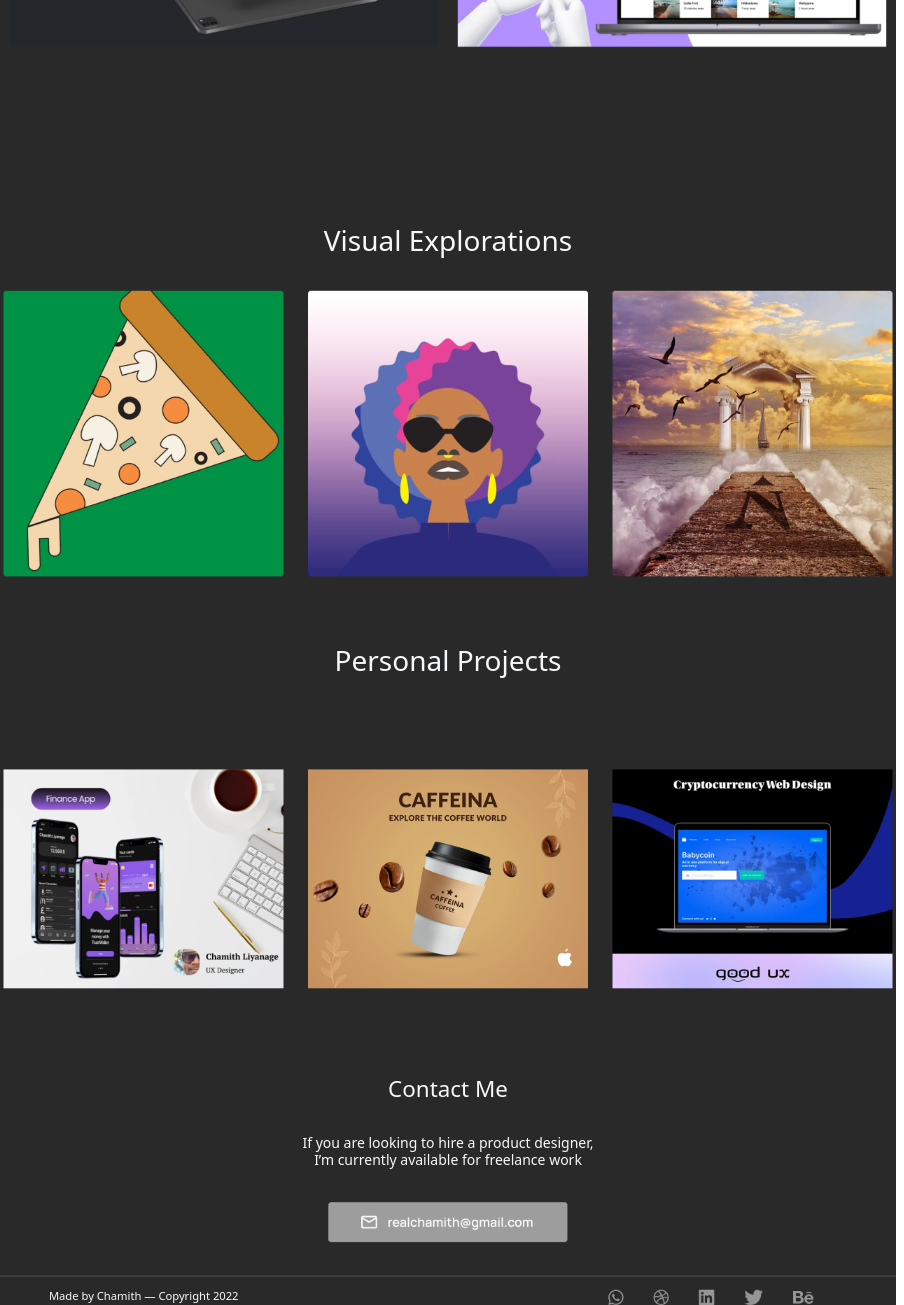
Repository: Realchamithweb/chamith-html
Page: index.html
The author's editor kept a copy of each file at every save. The page is drawn from the files as they stood at one save, then again after a run of saves.
The browser window is 1280 px wide. The page is 1292 px wide, so the pictures cover 1292 px, including what lies to the right of the window. The pictures show the part of the page from y = 2249 to 4129 px (the page is 4113 px tall before and 4129 px after), at 70% of full size.

Above is the page before, as saved 2023-01-04 12:02:26.

### index.html
<!doctype html>
<html lang="en">
  <head>
    <!-- Required meta tags -->
    <meta charset="utf-8">
    <meta name="viewport" content="width=device-width, initial-scale=1">
    <link rel="stylesheet" href="/css/style.css">
    <!-- Bootstrap CSS -->
    <link href="https://cdn.jsdelivr.net/npm/bootstrap@5.0.2/dist/css/bootstrap.min.css" rel="stylesheet" integrity="sha384-EVSTQN3/azprG1Anm3QDgpJLIm9Nao0Yz1ztcQTwFspd3yD65VohhpuuCOmLASjC" crossorigin="anonymous">

    <title>Hello, world!</title>
  </head>
  <body>
    <div class="main">
            <div class="head">
                <nav class="navbar navbar-expand-lg navbar-light bg-dark">
                    <div class="container-fluid">
                        <div class="col-md-1"></div>
                    <a class="navbar-brand col-md-8 text-light" href="#">Navbar</a>
                    <button class="navbar-toggler" type="button" data-bs-toggle="collapse" data-bs-target="#navbarNavDropdown" aria-controls="navbarNavDropdown" aria-expanded="false" aria-label="Toggle navigation">
                        <span class="navbar-toggler-icon"></span>
                    </button>
                    <div class="collapse navbar-collapse" id="navbarNavDropdown">
                        <ul class="navbar-nav">
                        <li class="nav-item">
                            <a class="nav-link active text-light" aria-current="page" href="#">Home</a>
                        </li>
                        <li class="nav-item">
                            <a class="nav-link text-light" href="/about-more.html">About More</a>
                        </li>
                        <li class="nav-item">
                            <a class="nav-link text-light" href="/contact.html">Contact</a>
                        </li>
                        </ul>
                    </div>
                    </div>
                </nav>
            </div>

            <section>
            <div class="hero">
                <div class="container-fluid">
                    <div class="row">
                        <div class="col-lg-6">
                            <p class="hero-title text-light">Hi, I am Chamith<br>
                                A Product Designer<br>
                                based in London.
                            </p>
                            <p class="hero-text text-light">
                                I help businesses and companies reach <br>
                                their goals by designing user-centric digital <br>
                                products & interactive experiences.
                            </p>
                            <img src="/inc/Btn.png" class="img02">
                        </div>
                        <div class="col-lg-6 d-flex justify-content-center mb-5 mt-5">
                            <img src="/inc/unsplash_XHVpWcr5grQ.png"" class="img01">
                        </div>
                    </div>
                </div>
            </div>
            </section>
            <section>
            <div class="Featured-Work">
                <div class="container-fluid">
                    <div class="row mt-5">
                        <div class="col-lg-1  mb-5"></div>
                        <div class="col-lg-10  mb-5 mt-5">
                            <img src="/inc/Featured.png" class="img00">
                        </div>
                        <div class="col-lg-6 d-flex justify-content-center">
                            <img src="/inc/unsplash_mxPiMiz7KCo.png" class="img01">

                        </div>
                        <div class="col-lg-6 d-flex justify-content-center">
                            <img src="/inc/unsplash_g-pKprPg5yw.png" class="img02">
                        </div>
                    </div>
                </div>
                <div class="container-fluid">
                    <div class="row">
                        <div class="col-lg-6 d-flex justify-content-center">
                            <img src="/inc/unsplash_pqzRfBhd9r0.png" class="img01">
                        </div>
                        <div class="col-lg-6 d-flex justify-content-center">
                            <img src="/inc/unsplash_x-HpilsdKEk.png" class="img01">
                        </div>
                    </div>
                </div>
            </div>
            </section>
            <section>
                <div class="Visual-Explorations mb-5">
                    <div class="container-fluild">
                        <div class="row">
                            <div class="col-lg-12 d-flex justify-content-center text-light h1 mt-5 mb-5">Visual Explorations</div>
                            <div class="col-lg-4 d-flex justify-content-center">
                                <img src="/inc/unsplash_fd6K_OFlnRA.png" class="img01">
                            </div>
                            <div class="col-lg-4 d-flex justify-content-center">
                                <img src="/inc/unsplash_Glel-RswQqM.png" class="img01">
                            </div>
                            <div class="col-lg-4 d-flex justify-content-center">
                                <img src="/inc/unsplash_pPTw_RTkvXQ.png" class="img01">
                            </div>
                        </div>
                    </div>
                </div>
            </section>
            <section>
                <div class="Personal-Projects">
                    <div class="container-fluild">
                        <div class="row">
                            <div class="col-lg-12 d-flex justify-content-center text-light h1 mt-5">Personal Projects</div>
                            <div class="col-lg-4 d-flex justify-content-center">
                                <img src="/inc/Rectangle 4.png" class="img01">
                            </div>
                            <div class="col-lg-4 d-flex justify-content-center">
                                <img src="/inc/Rectangle 4-1.png" class="img01">
                            </div>
                            <div class="col-lg-4 d-flex justify-content-center">
                                <img src="/inc/Rectangle 4-2.png" class="img01">
                            </div>
                        </div>
                    </div>
                </div>
            </section>
            <section>
                <div class="contact-me">
                    <div class="container-fluild">
                        <div class="row">
                                <h2 class="text-light d-flex justify-content-center mb-5">Contact Me</h2>
                                <p class="text-light d-flex text-center justify-content-center h5 mb-5">If you are looking to hire a product designer,<br>
                                    I’m currently available for freelance work</p>
                                <div class="col-lg-12 d-flex justify-content-center mb-5">
                                    <img src="/inc/Btn.png" class="img02">
                                </div>
                        </div>
                    </div>
                </div>
            </section>
            <section>
                <div class="footer">
                    <div class="container-fluild">
                        <div class="row">
                            <hr class="text-light">
                            <div class="col-lg-4 text-center text-light">Made by Chamith — Copyright 2022</div>
                            <div class="col-lg-4"></div>
                            <div class="col-lg-4"><img src="/inc/Icons.png" class="img02"></div>
                        </div>
                    </div>
                </div>
            </section>

    </div>




    <!-- Optional JavaScript; choose one of the two! -->

    <!-- Option 1: Bootstrap Bundle with Popper -->
    <script src="https://cdn.jsdelivr.net/npm/bootstrap@5.0.2/dist/js/bootstrap.bundle.min.js" integrity="sha384-MrcW6ZMFYlzcLA8Nl+NtUVF0sA7MsXsP1UyJoMp4YLEuNSfAP+JcXn/tWtIaxVXM" crossorigin="anonymous"></script>

    <!-- Option 2: Separate Popper and Bootstrap JS -->
    <!--
    <script src="https://cdn.jsdelivr.net/npm/@popperjs/core@2.9.2/dist/umd/popper.min.js" integrity="sha384-IQsoLXl5PILFhosVNubq5LC7Qb9DXgDA9i+tQ8Zj3iwWAwPtgFTxbJ8NT4GN1R8p" crossorigin="anonymous"></script>
    <script src="https://cdn.jsdelivr.net/npm/bootstrap@5.0.2/dist/js/bootstrap.min.js" integrity="sha384-cVKIPhGWiC2Al4u+LWgxfKTRIcfu0JTxR+EQDz/bgldoEyl4H0zUF0QKbrJ0EcQF" crossorigin="anonymous"></script>
    -->
  </body>
</html>

### css/style.css
.main{
    background-color: #292929;
}

/*
.hero-title{
    position: absolute;
    width: 824px;
    height: 192px;
    left: 96px;
    top: 240px;

    font-family: 'Inter';
    font-style: normal;
    font-weight: 400;
    font-size: 54px;
    line-height: 64px;
    color: #000000;
}

.hero-text{
    position: absolute;
    width: 824px;
    height: 90px;
    left: 96px;
    top: 456px;

    font-family: 'Inter';
    font-style: normal;
    font-weight: 400;
    font-size: 20px;
    line-height: 30px;
    /* or 150% */
    /* color: #000000
}

.hero-btn{
    box-sizing: border-box;
    position: absolute;
    width: 341.57px;
    height: 57px;
    left: 96px;
    top: 634px;

    background: #FFFFFF;
    border: 1px solid #000000;
    border-radius: 4px;
}

.f-row{
    display: flex;
    flex-direction: row;
    justify-content: center;
    align-items: center;
    padding: 8px;
    gap: 32px;

    position: absolute;
    height: 48px;
    left: 96px;
    top: 836px;
}

.img00{
    display: flex;
    flex-direction: row;
    justify-content: center;
    align-items: center;
    padding: 8px;
    gap: 32px;

    position: absolute;
    width: 198px;
    height: 48px;
    left: 96px;
    top: 836px;

}

.img01{
    position: absolute;
    width: 612px;
    height: 888px;
    left: 96px;
    top: 964px;
    border-radius: 4px;
}

.img01:hover{
    background: linear-gradient(0deg, rgba(0, 0, 0, 0.6), rgba(0, 0, 0, 0.6)), url("/inc/Bookstore.png"), #292929;
}

.img02{
    position: absolute;
    width: 612px;
    height: 888px;
    left: 732px;
    top: 1102px;

    background: url(3ffea8135910975.Y3JvcCwxMDgwLDg0NCwwLDExNw.png), #292929;
    border-radius: 4px;
}  */

After the next 3 saves:
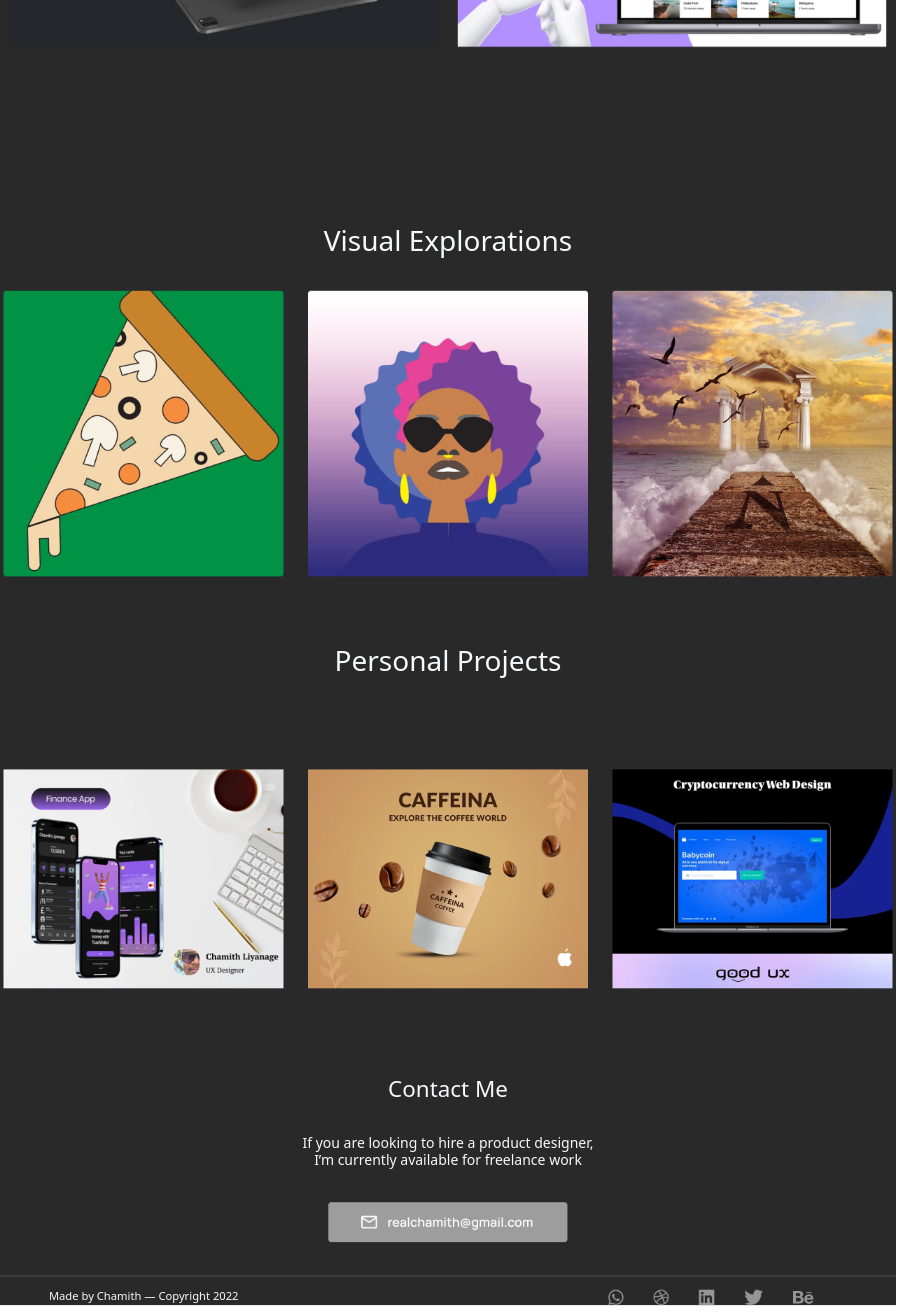
The 3 saves are shown as one change because they came seconds apart.
The last was saved 30 s later.
--- a/index.html
+++ b/index.html
@@ -140,7 +140,7 @@
                 </div>
             </section>
             <section>
-                <div class="footer">
+                <div class="footer mb-3">
                     <div class="container-fluild">
                         <div class="row">
                             <hr class="text-light">

After the save that followed:
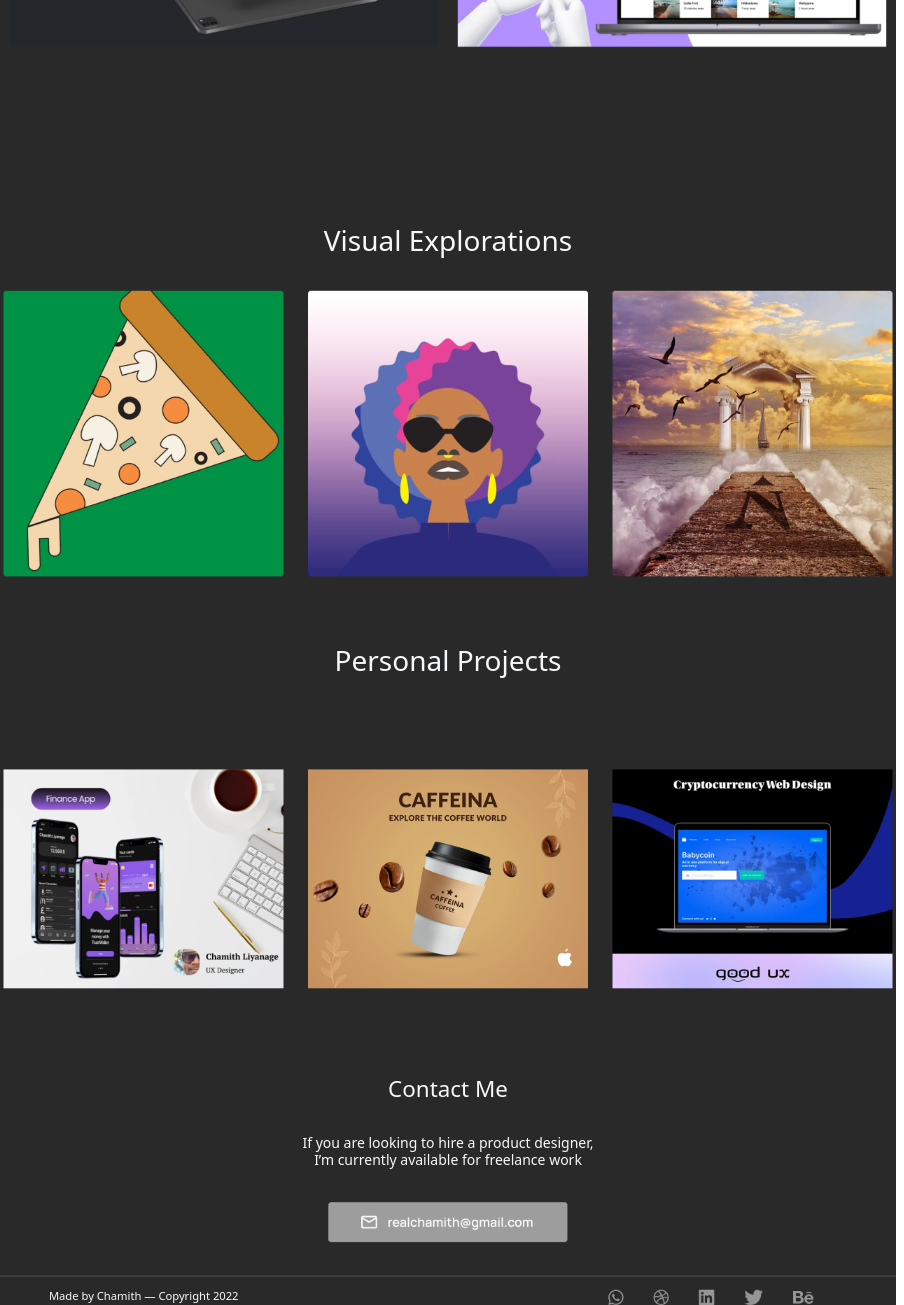
Saved 24 s later.
--- a/index.html
+++ b/index.html
@@ -140,7 +140,7 @@
                 </div>
             </section>
             <section>
-                <div class="footer mb-3">
+                <div class="footer">
                     <div class="container-fluild">
                         <div class="row">
                             <hr class="text-light">
